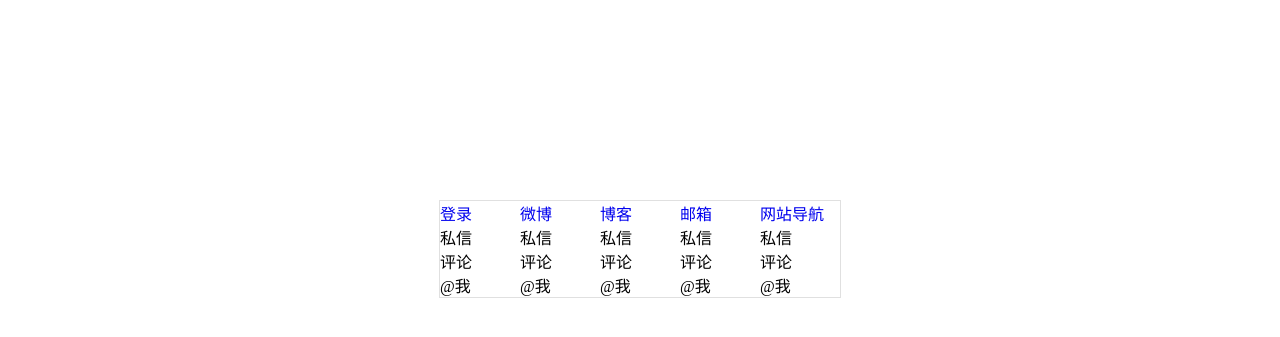
Repository: Sky0258/study
Page: js/新浪下拉框.html
The author's editor kept a copy of each file at every save. The page is drawn from the files as they stood at one save, then again after the next save.
The browser window is 1280 px wide. The pictures show the whole page.

Above is the page before, as saved 2022-09-11 16:16:25.

After the next save:
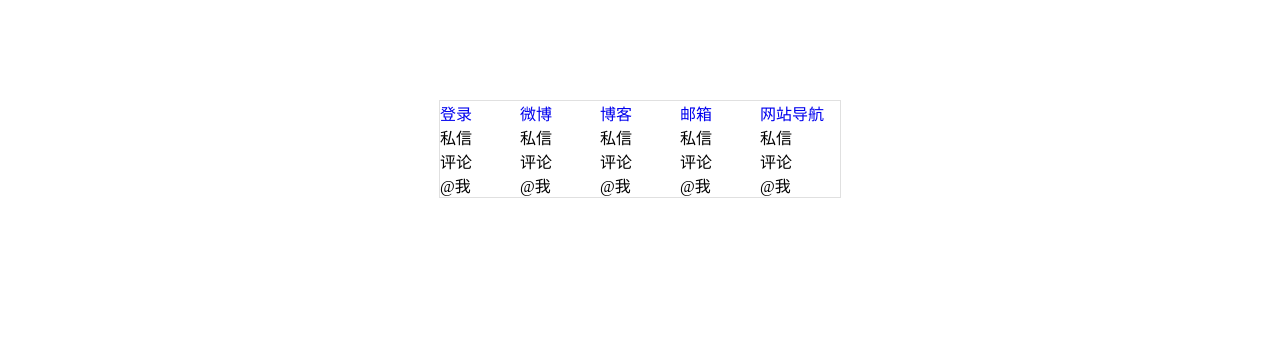
Saved 9 s later.
--- a/js/新浪下拉框.html
+++ b/js/新浪下拉框.html
@@ -19,7 +19,7 @@
         text-decoration: none;
     }
     .tab {
-        margin: 200px auto;
+        margin: 100px auto;
         width: 400px;
         border: 1px solid #e0e0e0;
     }
